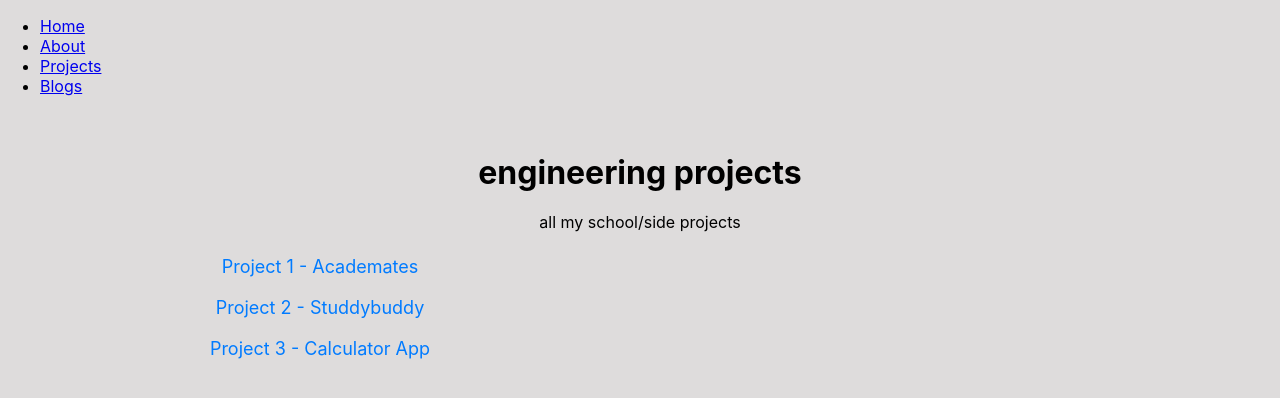
Repository: nicholaschen09/personalWebsite
Page: /projects/engineering
The author's editor kept a copy of each file at every save. The page is drawn from the files as they stood at one save, then again after the next save.
The browser window is 1280 px wide. The pictures show the whole page.
The project was rebuilt for these pictures with package versions that can differ from the ones it lists, and the page was loaded fresh each time. Also part of the build but not shown: src/components/About.css, src/components/About.js, src/components/Home.js, src/components/Projects.css, src/components/Projects.js, src/components/Blog.css, src/components/Blog.js, src/components/Miscellaneous.css and 3 more.

Above is the page before, as saved 2024-08-10 08:51:36.

### src/App.js
import React from 'react';
import { BrowserRouter as Router, Route, Routes, Link } from 'react-router-dom';
import About from './components/About.js';
import Home from './components/Home.js';
import Projects from './components/Projects.js';
import Blog from './components/Blog.js';
import Miscellaneous from './components/Miscellaneous.js';
import Design from './components/Design.js';
import Engineering from './components/Engineering.js';

function App() {
  return (
    <Router>
      <div>
        <nav>
          <ul>
            <li>
              <Link to="/">Home</Link>
            </li>
            <li>
              <Link to="/about">About</Link>
            </li>
            <li>
              <Link to="/projects">Projects</Link>
            </li>
            <li>
              <Link to="/blogs">Blogs</Link>
            </li>
          </ul>
        </nav>

        <Routes>
          <Route path="/about" element={<About />} />
          <Route path="/" element={<Home />} />
          <Route path="/projects" element={<Projects />} />
          <Route path="/blogs" element={<Blog />} />
          <Route path="/projects/miscellaneous" element={<Miscellaneous />} />
          <Route path="/projects/design" element={<Design />} />
          <Route path="/projects/engineering" element={<Engineering />} />
        </Routes>
      </div>
    </Router>
  );
}

export default App;

### src/components/Engineering.js
import React from 'react';
import './Engineering.css'; // Ensure you have this CSS file in your project

const Engineering = () => {
    return (
        <div className="engineering">
            <h1>engineering projects</h1>
            <p>all my school/side projects</p>
            <div className="projects-container">
                <a href="/project1" className="project">Project 1 - Academates</a>
                <a href="/project2" className="project">Project 2 - Studdybuddy</a>
                <a href="/project3" className="project">Project 3 - Calculator App</a>
                {/* Add more projects as needed */}
            </div>
        </div>
    );
};

export default Engineering;

### src/components/Home.css
/* src/components/Home/Home.css */
.home {
    text-align: center;
    padding: 100px;
    width: 700px;
    margin-left: auto;
    margin-right: auto;
}

body {
    background-color: rgb(222, 220, 220);
}

.DinnerImage {
    width: 70%;
    height: 70%;
    margin-left: auto;
    margin-right: auto;
    display: block;
}
p {
    line-height: 1;
}

### src/components/Engineering.css
.engineering {
    text-align: center;
    padding: 20px;
}

.projects-container {
    display: flex;
    justify-content: space-between;
    flex-wrap: wrap;
}

.project {
    width: calc(50% - 20px);
    margin: 10px;

}
.projects-container {
    display: flex;
    flex-direction: column; /* Aligns projects in a single column */
    align-items: start; /* Aligns projects to the start of the container */
    padding: 0;
}

.project {
    margin: 10px 0; /* Adds vertical spacing between projects */
    color: #007bff; /* Example link color, adjust as needed */
    text-decoration: none; /* Removes underline from links */
    font-size: 18px; /* Adjust font size as needed */
}

.project:hover {
    text-decoration: underline; /* Adds underline on hover for visual feedback */
}

Loaded but not shown: public/index.html (common file); src/index.js (common file); src/index.css (common file); src/reportWebVitals.js (common file)

After the next save:
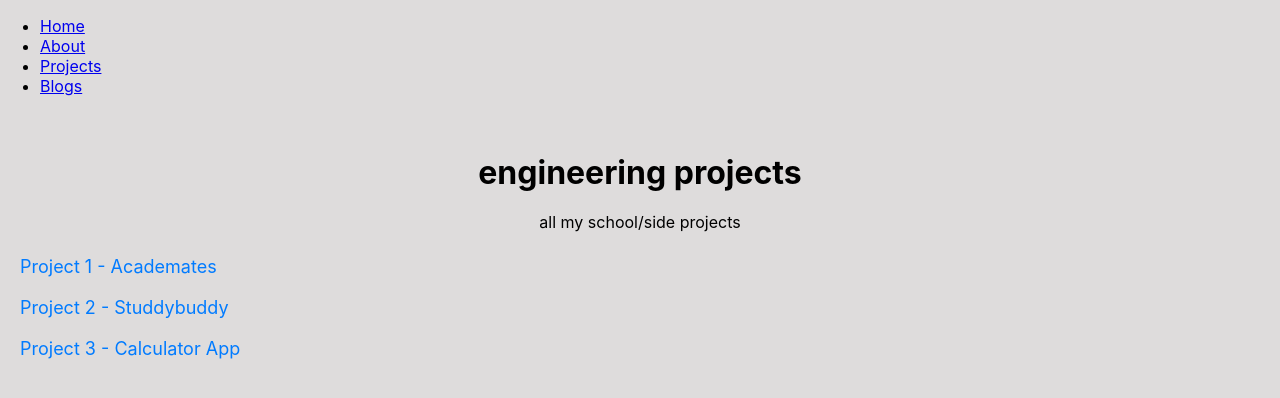
Saved 9 s later.
--- a/src/components/Engineering.css
+++ b/src/components/Engineering.css
@@ -3,17 +3,6 @@
     padding: 20px;
 }
 
-.projects-container {
-    display: flex;
-    justify-content: space-between;
-    flex-wrap: wrap;
-}
-
-.project {
-    width: calc(50% - 20px);
-    margin: 10px;
-
-}
 .projects-container {
     display: flex;
     flex-direction: column; /* Aligns projects in a single column */
